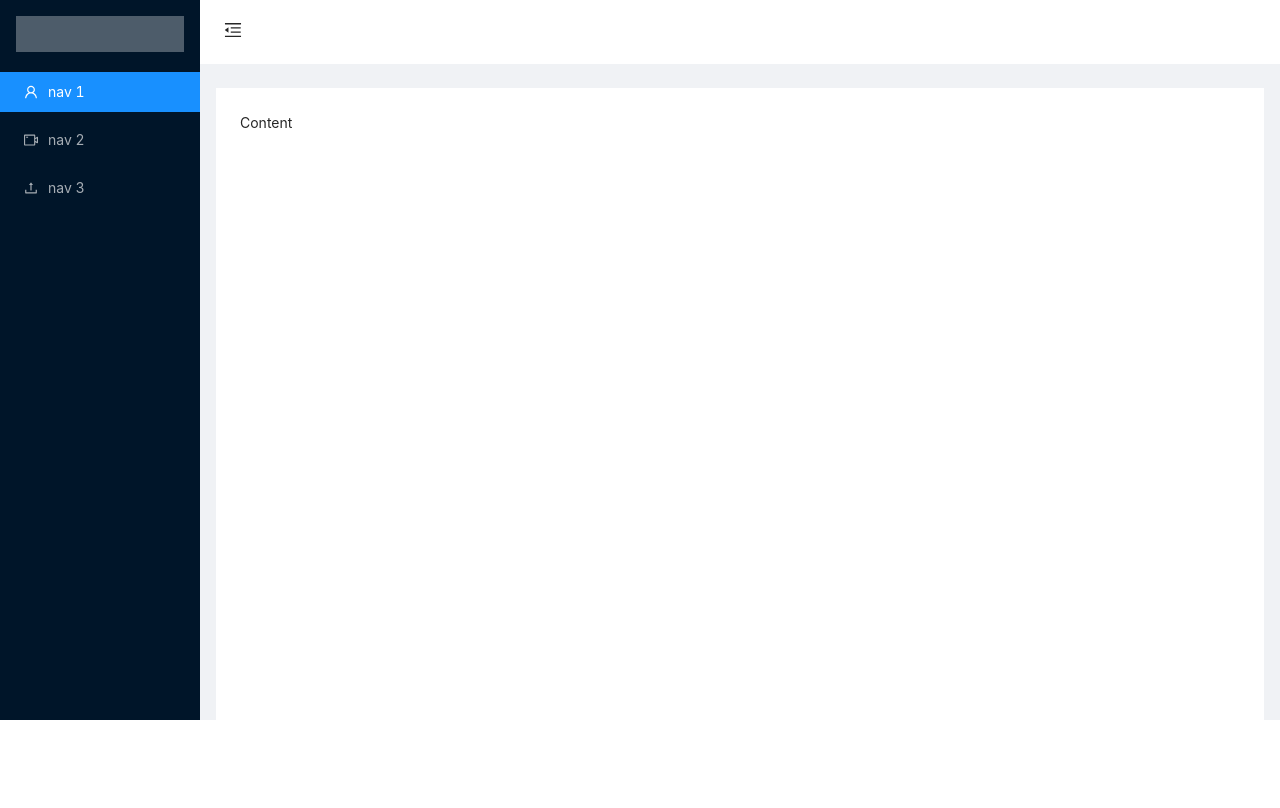
Repository: tiendungjr123/ant-design
Page: /
These files come from the project's save history. The page is drawn as it stood at one moment and after the next save; the edit follows.
The browser window is 1280 px wide. The pictures show the whole page.
The project was rebuilt for these pictures with package versions that can differ from the ones it lists, and the page was loaded fresh each time.

Above is the page before, as saved 2022-09-28 21:53:56.

### src/index.js
import React from 'react';
import ReactDOM from 'react-dom/client';
import App from './App';
import "antd/dist/antd.css";
const root = ReactDOM.createRoot(document.getElementById('root'));
root.render(
  <React.StrictMode>
    <App />
  </React.StrictMode>
);

// If you want to start measuring performance in your app, pass a function
// to log results (for example: reportWebVitals(console.log))
// or send to an analytics endpoint. Learn more: https://bit.ly/CRA-vitals

### src/App.js
import {
  MenuFoldOutlined,
  MenuUnfoldOutlined,
  UploadOutlined,
  UserOutlined,
  VideoCameraOutlined,
} from '@ant-design/icons';
import { Layout, Menu } from 'antd';
import React, { useState } from 'react';
import './App.css'
const { Header, Sider, Content } = Layout;

const App = () => {
  const [collapsed, setCollapsed] = useState(false);
  return (
    <Layout style={{ maxHeight: '100vh' }}>
      <Sider trigger={null} collapsible collapsed={collapsed}>
        <div className="logo"
          style={{
            height: '36px', margin: '16px',
            background: 'rgba(255, 255, 255, 0.3)'
          }}
        />
        <Menu
          theme="dark"
          mode="inline"
          defaultSelectedKeys={['1']}
          items={[
            {
              key: '1',
              icon: <UserOutlined />,
              label: 'nav 1',
            },
            {
              key: '2',
              icon: <VideoCameraOutlined />,
              label: 'nav 2',
            },
            {
              key: '3',
              icon: <UploadOutlined />,
              label: 'nav 3',
            },
          ]}
        />
      </Sider>
      <Layout className="site-layout">
        <Header
          className="site-layout-background"
          style={{
            padding: 0,
          }}
        >
          {React.createElement(collapsed ? MenuUnfoldOutlined : MenuFoldOutlined, {
            className: 'trigger',
            onClick: () => setCollapsed(!collapsed),
          })}
        </Header>
        <Content
          className="site-layout-background"
          style={{
            margin: '24px 16px',
            padding: 24,
            minHeight: '100vh',
          }}
        >
          Content
        </Content>
      </Layout>
    </Layout>
  );
};
export default App;

### src/App.css

.trigger {
  padding: 0 24px;
  font-size: 18px;
  line-height: 64px;
  cursor: pointer;
  transition: color 0.3s;
}

.trigger:hover {
  color: #1890ff;
}

.logo {
  height: 32px;
  margin: 16px;
  background: rgba(255, 255, 255, 0.3);
}

.site-layout .site-layout-background {
  background: #fff;
}

Loaded but not shown: public/index.html (common file)

After the next save:
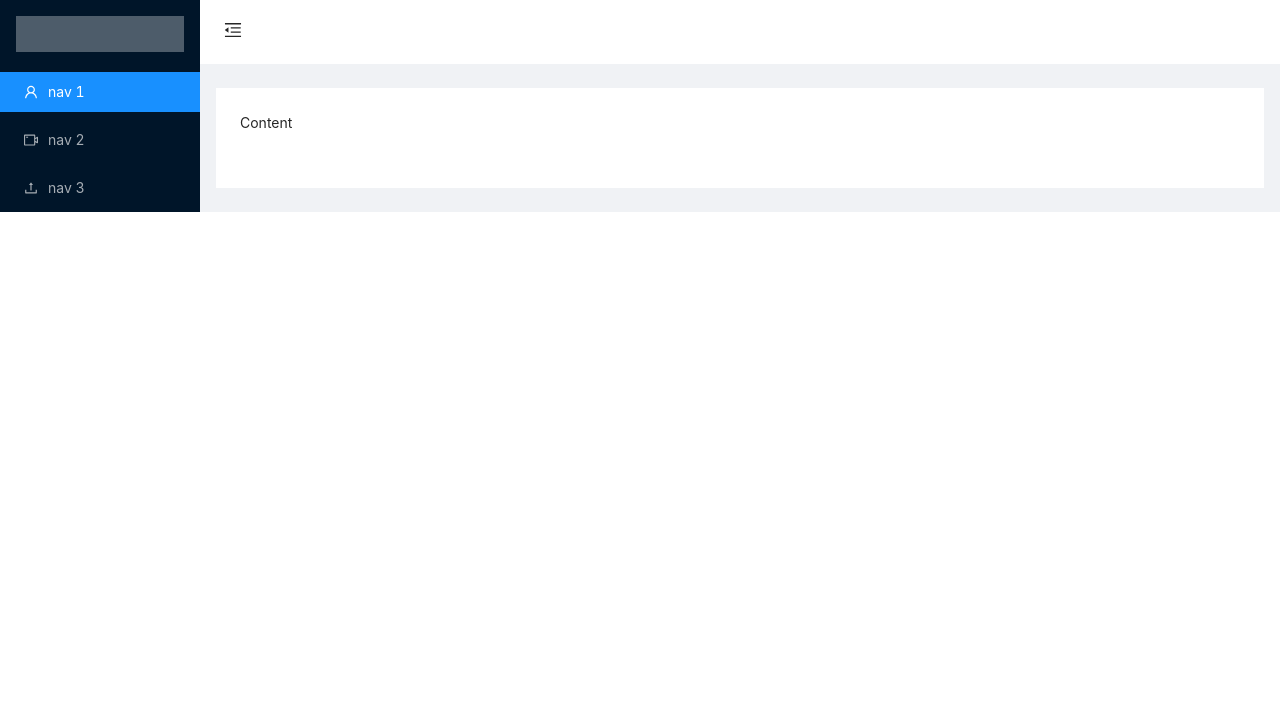
Saved 12 s later.
--- a/src/App.js
+++ b/src/App.js
@@ -61,7 +61,7 @@
           style={{
             margin: '24px 16px',
             padding: 24,
-            minHeight: '100vh',
+            maxHeight: '100vh',
           }}
         >
           Content

After the save that followed:
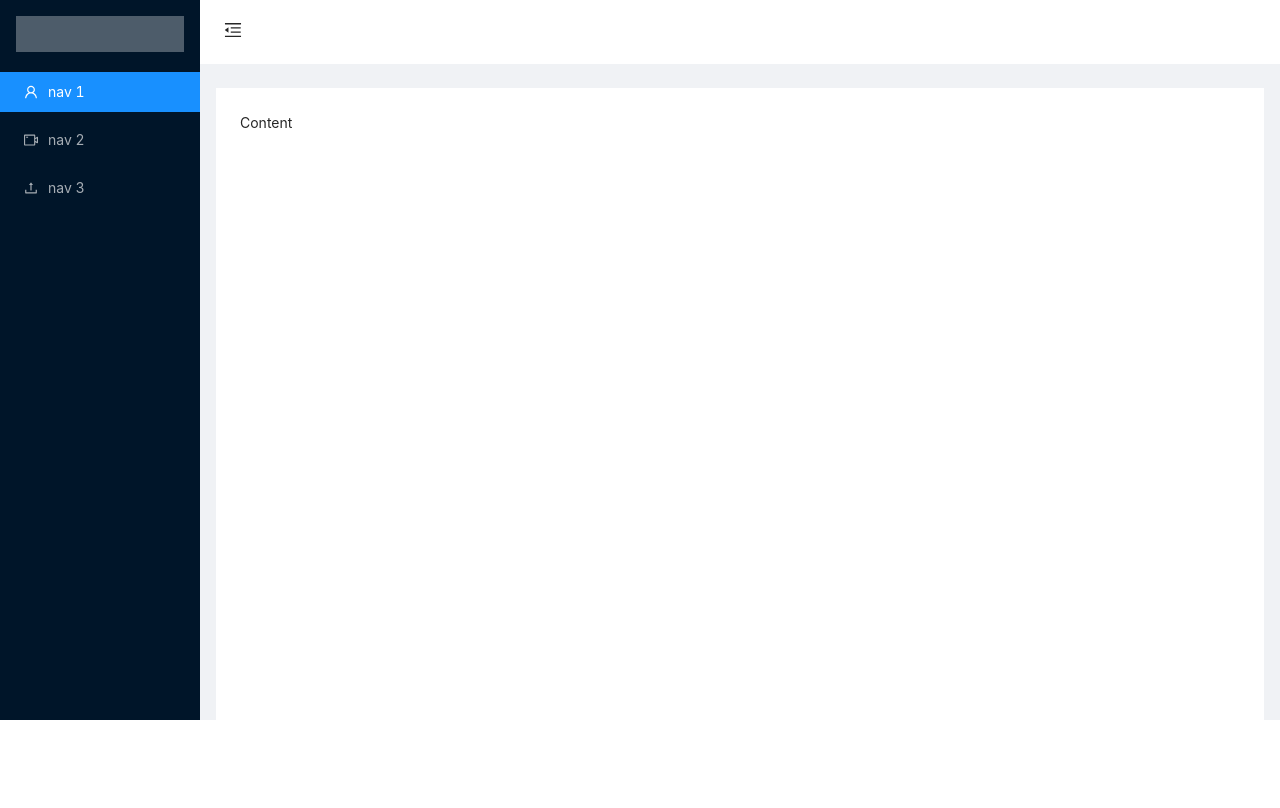
Saved 7 s later.
--- a/src/App.js
+++ b/src/App.js
@@ -61,7 +61,7 @@
           style={{
             margin: '24px 16px',
             padding: 24,
-            maxHeight: '100vh',
+            minHeight: '100vh',
           }}
         >
           Content
